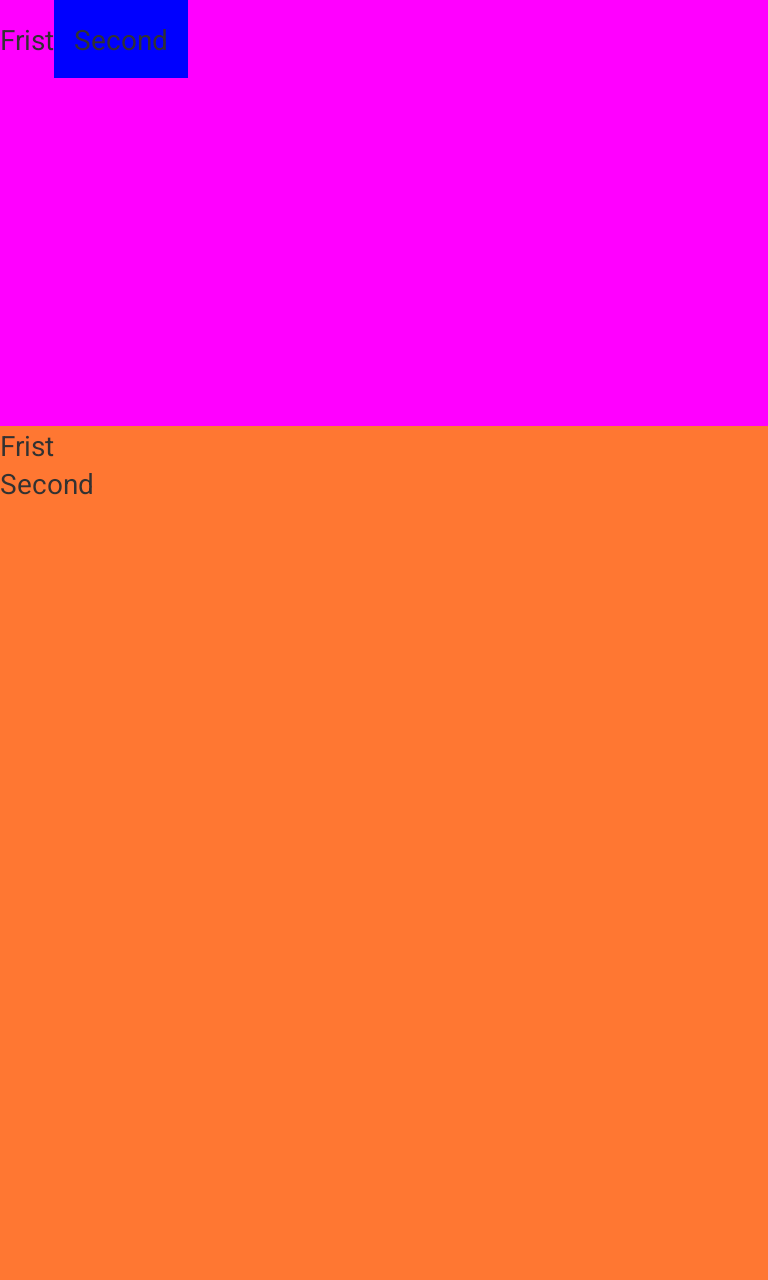
Repository: ling-cen/demo
Layout: Layout_1/res/layout/linner_layout_4.xml
An editor plug-in stored every save of this project. The layout is shown before and after the next save, followed by the edit.
It is drawn on a 768 x 1280 px phone screen (xhdpi) without system bars, with theme AppTheme; the app's code is not run.

Above is the layout before, as saved 2018-12-12 09:16:25.

After the next save:
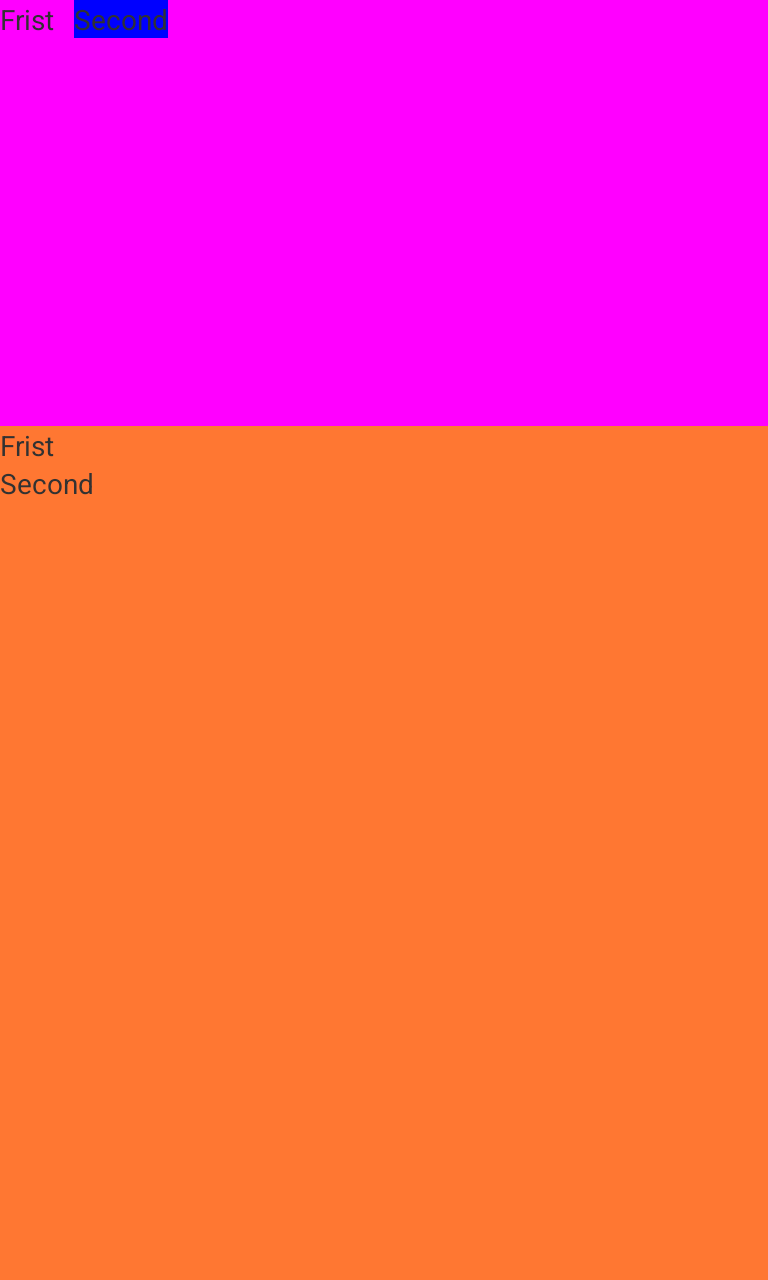
Saved 30 s later.
--- a/Layout_1/res/layout/linner_layout_4.xml
+++ b/Layout_1/res/layout/linner_layout_4.xml
@@ -21,7 +21,7 @@
             android:layout_width="wrap_content"
             android:layout_height="wrap_content"
             android:background="#0000ff"
-            android:padding="10dp"
+            android:layout_marginLeft="10dp"
             android:gravity="center"
             android:text="Second" />
     </LinearLayout>
